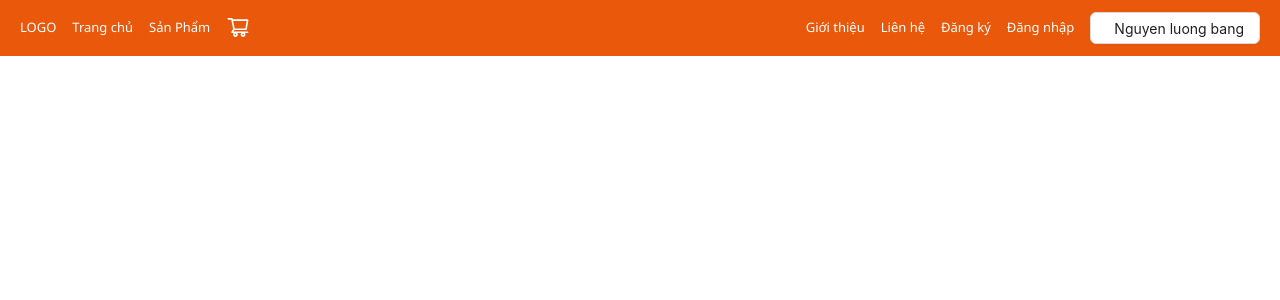
Repository: TinhTT336/MD02_Session15
Page: / (app in client/)
The author's editor kept a copy of each file at every save. The page is drawn from the files as they stood at one save, then again after the next save.
The browser window is 1280 px wide. The pictures show the whole page.
The project was rebuilt for these pictures with package versions that can differ from the ones it lists, and the page was loaded fresh each time. Also part of the build but not shown: client/vite.config.js.

Above is the page before, as saved 2023-09-15 09:29:08.

After the next save:
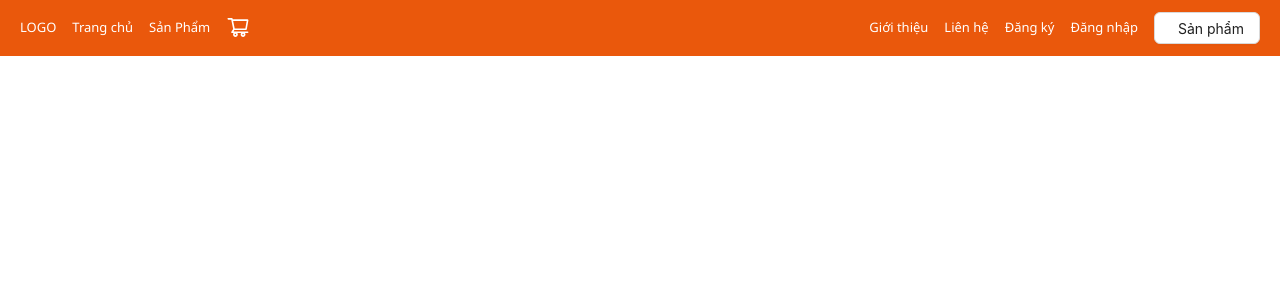
Saved 30 s later.
--- a/client/src/components/user/header/Header.jsx
+++ b/client/src/components/user/header/Header.jsx
@@ -9,7 +9,7 @@ export default function Header() {
             key: '1',
             label: (
                 <a target="_blank" rel="noopener noreferrer" href="https://www.antgroup.com">
-                    1st menu item
+                    Trái cây nội
                 </a>
             ),
         },
@@ -17,7 +17,7 @@ export default function Header() {
             key: '2',
             label: (
                 <a target="_blank" rel="noopener noreferrer" href="https://www.aliyun.com">
-                    2nd menu item
+                    Trái cây ngoại
                 </a>
             ),
         },
@@ -25,7 +25,7 @@ export default function Header() {
             key: '3',
             label: (
                 <a target="_blank" rel="noopener noreferrer" href="https://www.luohanacademy.com">
-                    3rd menu item
+                    Hạt dinh dưỡng
                 </a>
             ),
         },
@@ -56,7 +56,7 @@ export default function Header() {
                     >
                         <Button>
                             <img src="" alt="" />
-                            Nguyen luong bang
+                            Sản phẩm
                         </Button>
                     </Dropdown>
                 </div>
